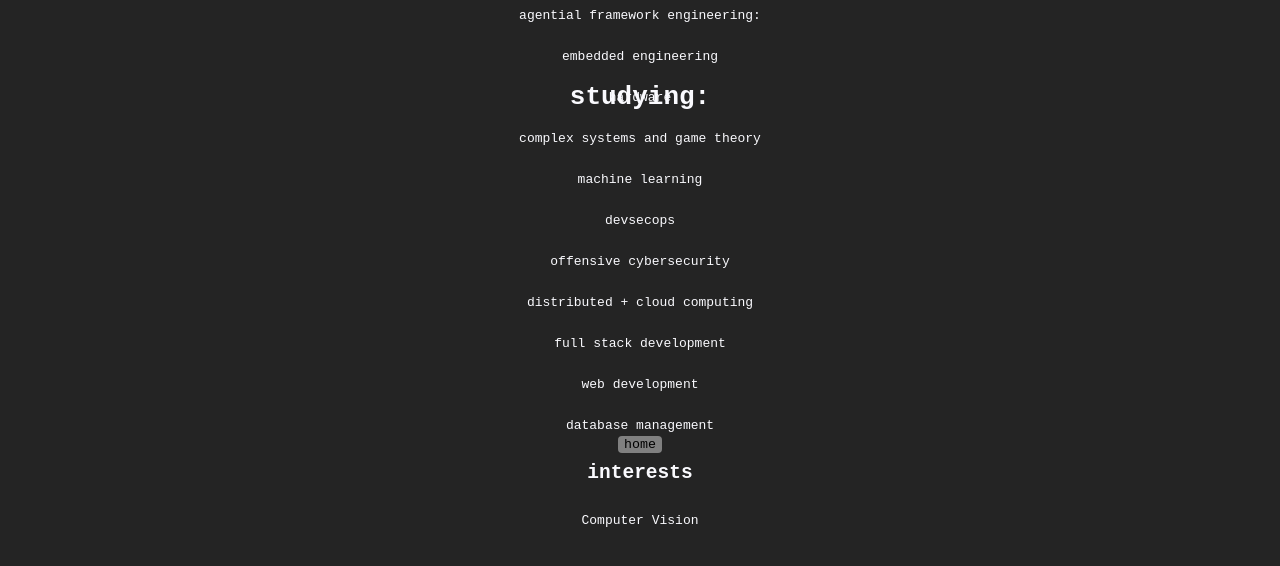
Repository: yellowspots/geneweb
Page: studying.html
These files come from the project's save history. The page is drawn as it stood at one moment and after the next save; the edit follows.
The browser window is 1280 px wide. The pictures show the whole page.

Above is the page before, as saved 2024-05-03 01:11:30.

After the next save:
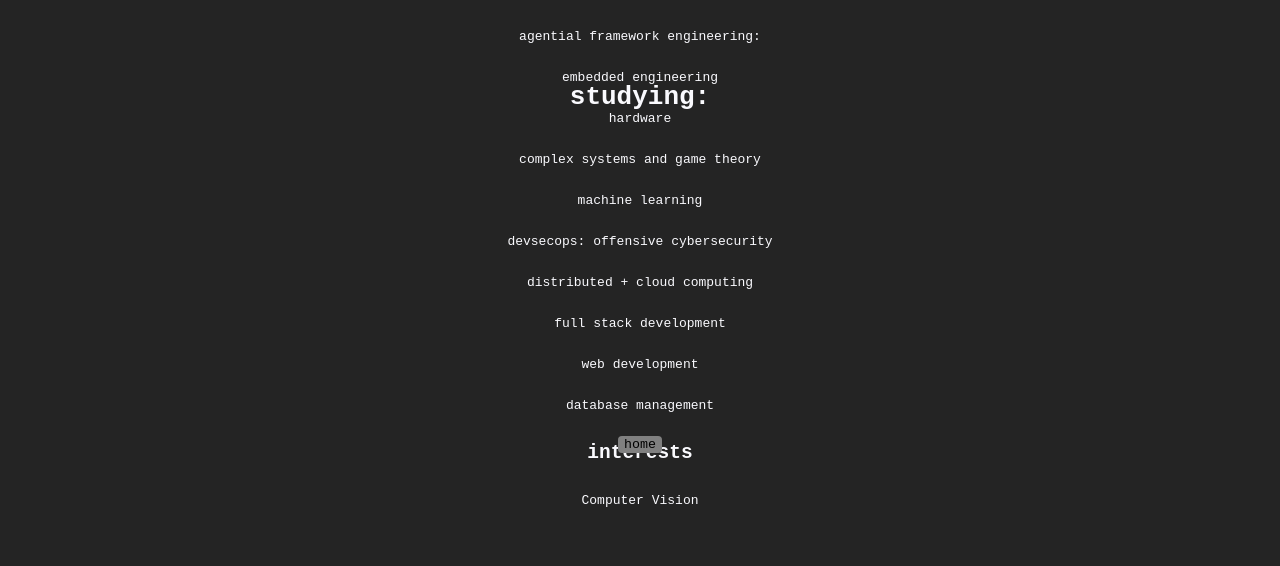
Saved 15 s later.
--- a/studying.html
+++ b/studying.html
@@ -15,8 +15,7 @@
             <p>hardware</p>
             <p>complex systems and game theory</p>
             <p>machine learning</p>
-            <p>devsecops</p>
-            <p>offensive cybersecurity</p>
+            <p>devsecops: offensive cybersecurity</p>
             <p>distributed + cloud computing</p>
 
             <p>full stack development</p>
